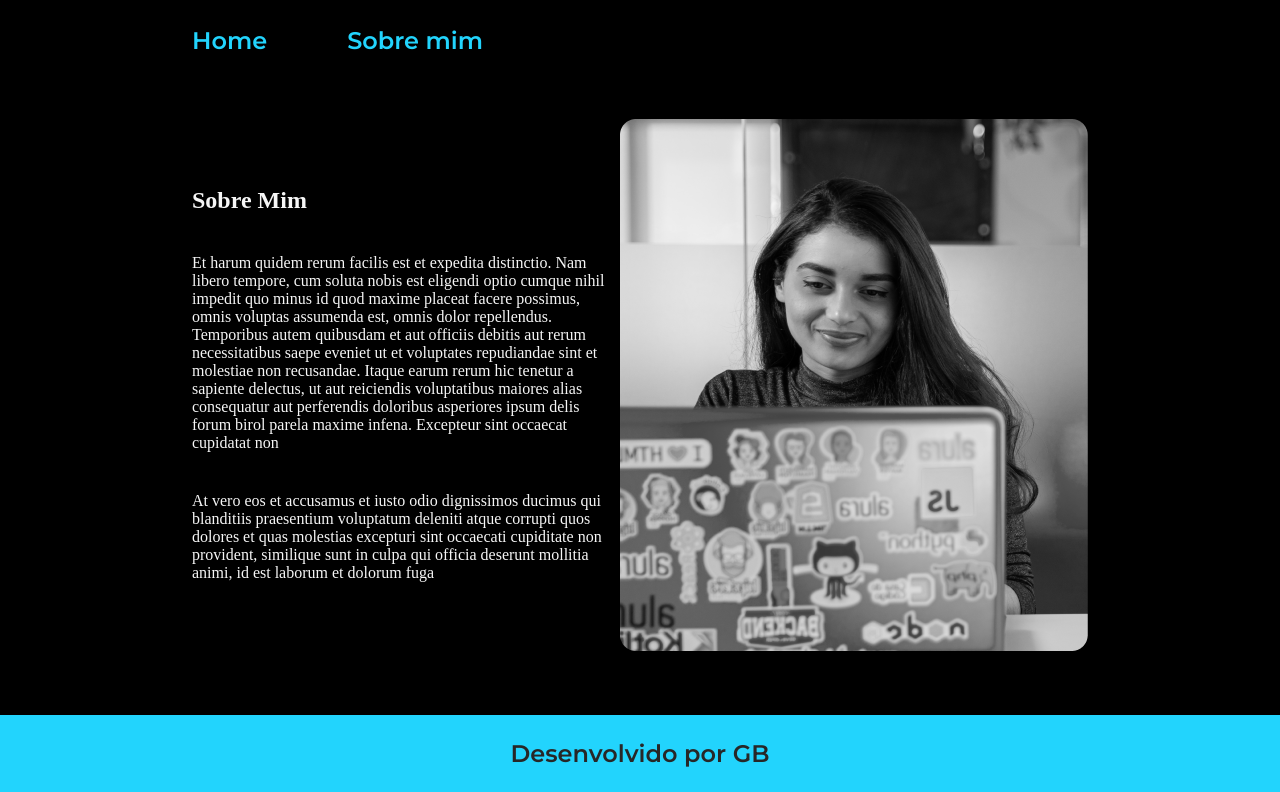
Repository: YoungAkira/CursoHtmlCss
Page: about.html
The author's editor kept a copy of each file at every save. The page is drawn from the files as they stood at one save, then again after the next save.
The browser window is 1280 px wide. The pictures show the whole page.
Some web fonts or font styles are not loaded; a fallback is used.

Above is the page before, as saved 2023-05-16 10:23:09.

### about.html
<!DOCTYPE html>
<html lang="pt-br">
<head>
    <meta charset="UTF-8">
    <meta http-equiv="X-UA-Compatible" content="IE=edge">
    <meta name="viewport" content="width=device-width, initial-scale=1.0">
    <link rel="stylesheet" href="./style/style.css">
    <title>Sobre mim</title>
</head>
<body>
    <header class="cabecalho">
        <nav class="cabecalho_menu">
            <a class="cabecalho_menu_link" href="index.html">Home</a>
            <a class="cabecalho_menu_link" href="about.html">Sobre mim</a>
        </nav>
    </header>
    <main class="apresentacao">
        <section class="apresentacao_conteudo">
              <h1>Sobre Mim</h1>
              <p>Et harum quidem rerum facilis est et expedita distinctio. Nam libero tempore, cum soluta nobis est eligendi optio cumque nihil impedit quo minus id quod maxime placeat facere possimus, omnis voluptas assumenda est, omnis dolor repellendus. Temporibus autem quibusdam et aut officiis debitis aut rerum necessitatibus saepe eveniet ut et voluptates repudiandae sint et molestiae non recusandae. Itaque earum rerum hic tenetur a sapiente delectus, ut aut reiciendis voluptatibus maiores alias consequatur aut perferendis doloribus asperiores ipsum delis forum birol parela maxime infena. Excepteur sint occaecat cupidatat non</p>
              <p>At vero eos et accusamus et iusto odio dignissimos ducimus qui blanditiis praesentium voluptatum deleniti atque corrupti quos dolores et quas molestias excepturi sint occaecati cupiditate non provident, similique sunt in culpa qui officia deserunt mollitia animi, id est laborum et dolorum fuga</p>
        </section>
        <img src="/assets/imagem.png" alt="Foto Joana Santos programando">
    </main>

    <footer class="rodape">
        <p>Desenvolvido por GB</p>
    </footer>

</body>
</html>

### style/style.css
@import url('https://fonts.googleapis.com/css2?family=Krona+One&family=Montserrat:wght@600&display=swap');

*{
    margin: 0;
    padding: 0;
}


body {
    background-color: black;
    box-sizing: border-box;
    color: #F6F6F6;
}


.cabecalho{
    padding: 2% 0% 0% 15%;
}


.cabecalho_menu{
    display: flex;
    gap: 80px;
}



.cabecalho_menu_link{
    font-family: 'Montserrat',sans-serif;
    font-size: 24px;
    font-weight: 600;
    color: #22D4FD;
    text-decoration: none;
}


.apresentacao{
    display: flex;
    align-items: center;
    justify-content: space-between;
    padding: 5% 15%;
}


.apresentacao_conteudo{
    width: 615px;
    display: flex;
    flex-direction: column;
    gap: 40px;
}


.apresentacao_conteudo_titulo{
    font-size: 36px;
    font-family: 'Krona One',sans-serif;
}


.titulo-destaque {
    color: #22D4FD;
}


.apresentacao_conteudo_texto{
    font-size: 24px;
    font-family: 'Montserrat',sans-serif;
}


.apresentacao_links{
    display: flex;
    flex-direction: column;
    justify-content: space-between;
    align-items: center;
    gap: 32px;
}


.apresentacao_links_subtitulo{
    font-size: 24px;
    font-family: 'Krona One', sans-serif;
    font-weight: 400;


}


.apresentacao-links-link{
    display: flex;
    justify-content: center;
    gap:16px;
    border: 2px solid #22D4FD;
    width: 378px;
    text-align: center;
    border-radius: 8px;
    font-size: 24px;
    padding: 21.5px 0;
    text-decoration: none;
    color :#F6F6F6;
    font-family: 'Krona One',sans-serif;
    font-weight: 600;
}


.apresentacao-links-link:hover{
    background-color:#272727;
    padding: 3%;
}


.rodape{
    color: #272727;
    background-color: #22D4FD;
    text-align:center;
    padding: 24PX;
    font-family: 'Montserrat', sans-serif;
    font-size: 24px;
    font-weight: 400;
}

After the next save:
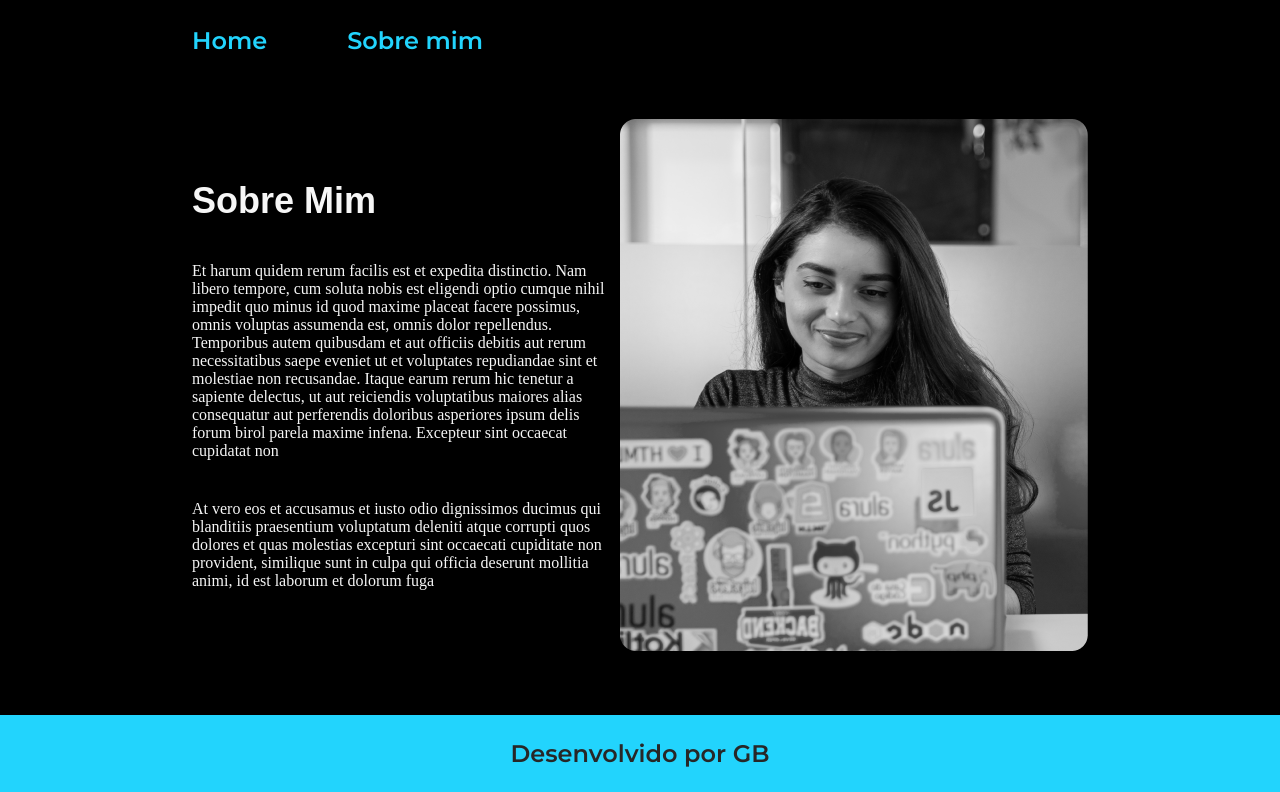
Saved 84 s later.
--- a/about.html
+++ b/about.html
@@ -16,7 +16,7 @@
     </header>
     <main class="apresentacao">
         <section class="apresentacao_conteudo">
-              <h1>Sobre Mim</h1>
+            <h1 class="apresentacao_conteudo_titulo">Sobre Mim</h1>
               <p>Et harum quidem rerum facilis est et expedita distinctio. Nam libero tempore, cum soluta nobis est eligendi optio cumque nihil impedit quo minus id quod maxime placeat facere possimus, omnis voluptas assumenda est, omnis dolor repellendus. Temporibus autem quibusdam et aut officiis debitis aut rerum necessitatibus saepe eveniet ut et voluptates repudiandae sint et molestiae non recusandae. Itaque earum rerum hic tenetur a sapiente delectus, ut aut reiciendis voluptatibus maiores alias consequatur aut perferendis doloribus asperiores ipsum delis forum birol parela maxime infena. Excepteur sint occaecat cupidatat non</p>
               <p>At vero eos et accusamus et iusto odio dignissimos ducimus qui blanditiis praesentium voluptatum deleniti atque corrupti quos dolores et quas molestias excepturi sint occaecati cupiditate non provident, similique sunt in culpa qui officia deserunt mollitia animi, id est laborum et dolorum fuga</p>
         </section>
